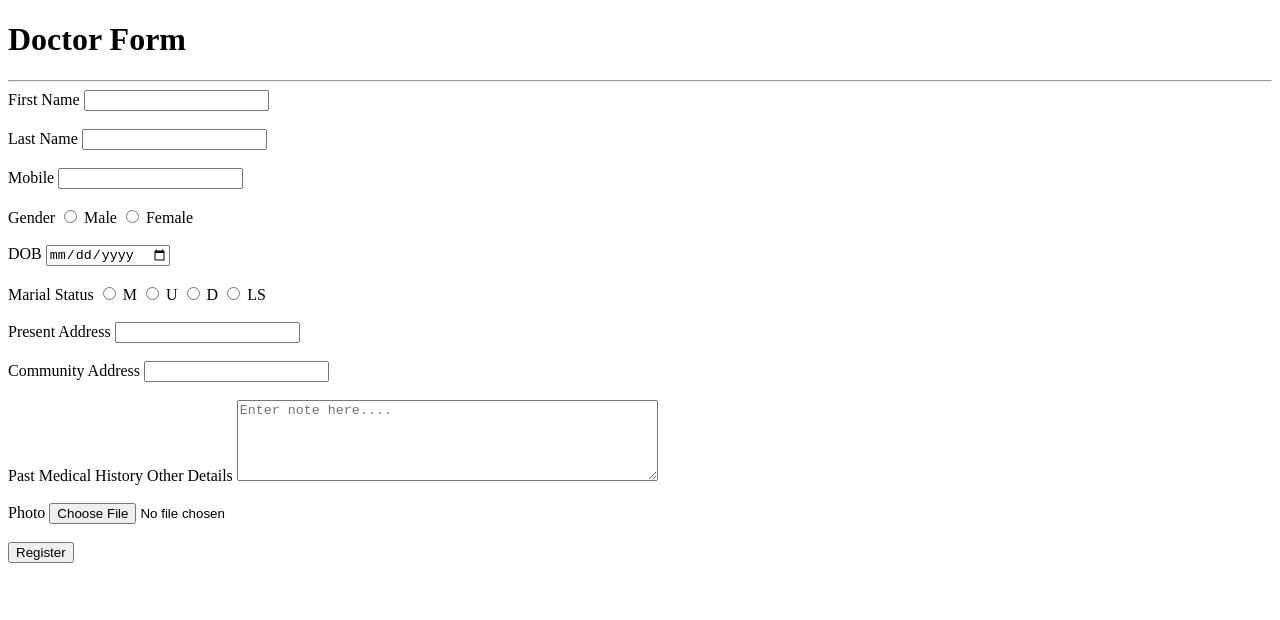
Repository: aayush105/Advance-Java
Page: http://localhost/Doctorpatient/patient.jsp
The author's editor kept a copy of each file at every save. The page is drawn from the files as they stood at one save, then again after a run of saves.
The browser window is 1280 px wide. The pictures show the whole page.
The page is served by Tomcat 10.

Above is the page before, as saved 2023-07-20 11:27:52.

After the next 2 saves:
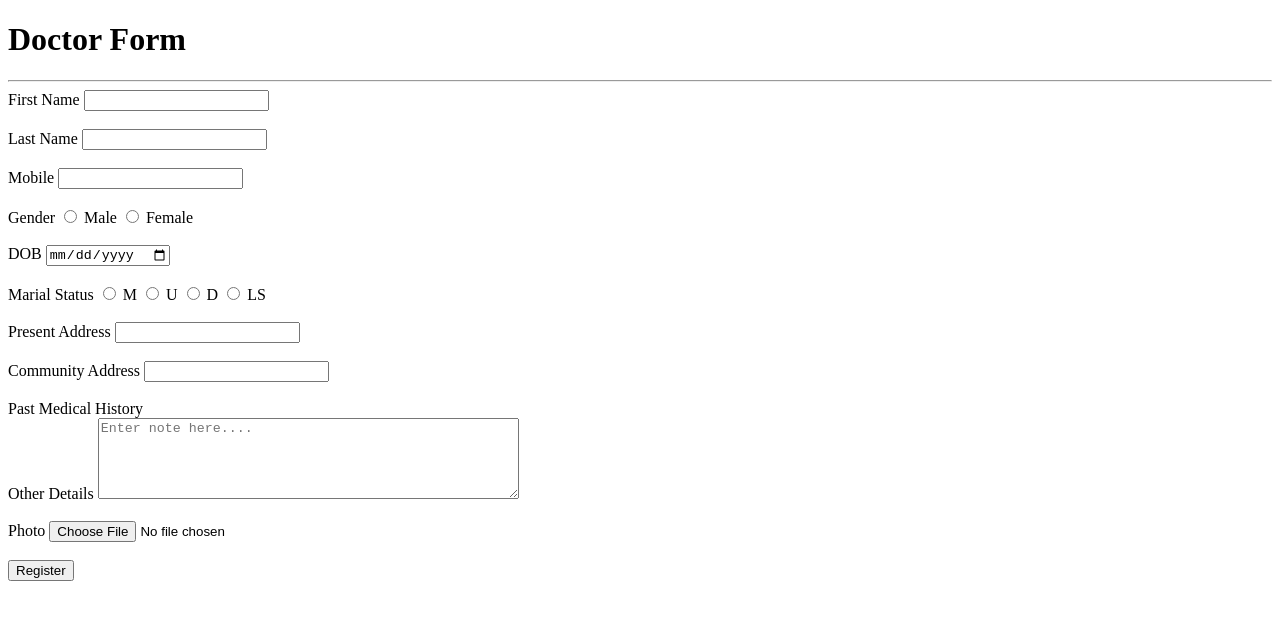
The 2 saves are shown as one change because they came seconds apart.
The last was saved 10 s later.
--- a/Doctorpatient/src/main/webapp/patient.jsp
+++ b/Doctorpatient/src/main/webapp/patient.jsp
@@ -26,7 +26,7 @@ Marial Status <input type="radio" name="status" value="M"> M
 <br><br>
 Present Address <input type ="text" name ="paddress"><br><br>
 Community Address <input type ="text" name ="caddress"><br><br>
-Past Medical History
+Past Medical History <br>
 
 
 Other Details <textarea rows = "5" cols = "50" name = "note" placeholder ="Enter note here...."></textarea><br><br>
